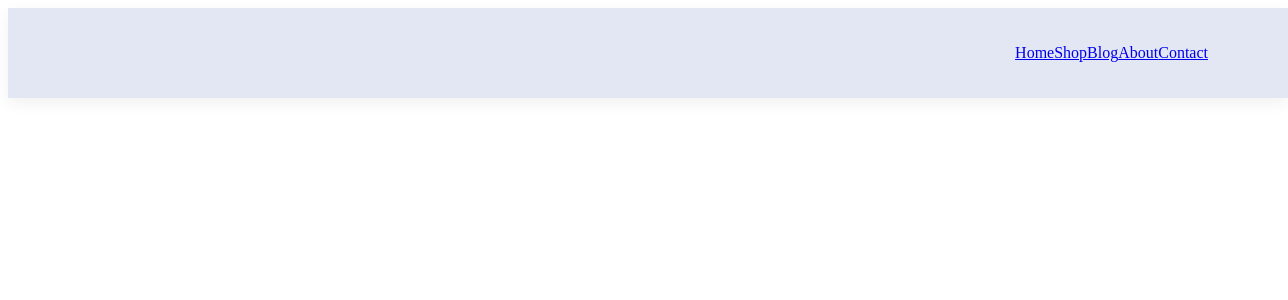
Repository: thecoachanna/lishas-layers
Page: index.html
An editor plug-in stored every save of this project. The page is shown before and after the next save, followed by the edit.
The browser window is 1280 px wide. The page is 1288 px wide, so the pictures cover 1288 px, including what lies to the right of the window. The pictures show the whole page.

Above is the page before, as saved 2023-01-02 17:09:32.

After the next save:
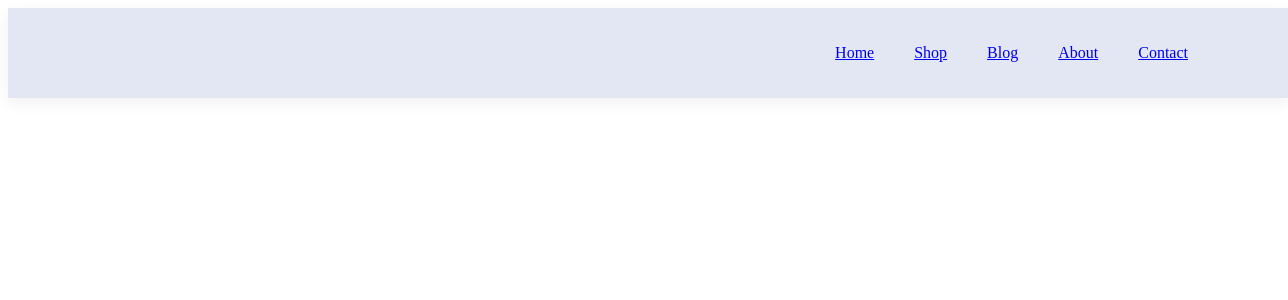
Saved 4 s later.
--- a/style.css
+++ b/style.css
@@ -64,5 +64,5 @@
 
 #navbar li {
     list-style: none;
-    padding;
+    padding: 0 20px;
 }
